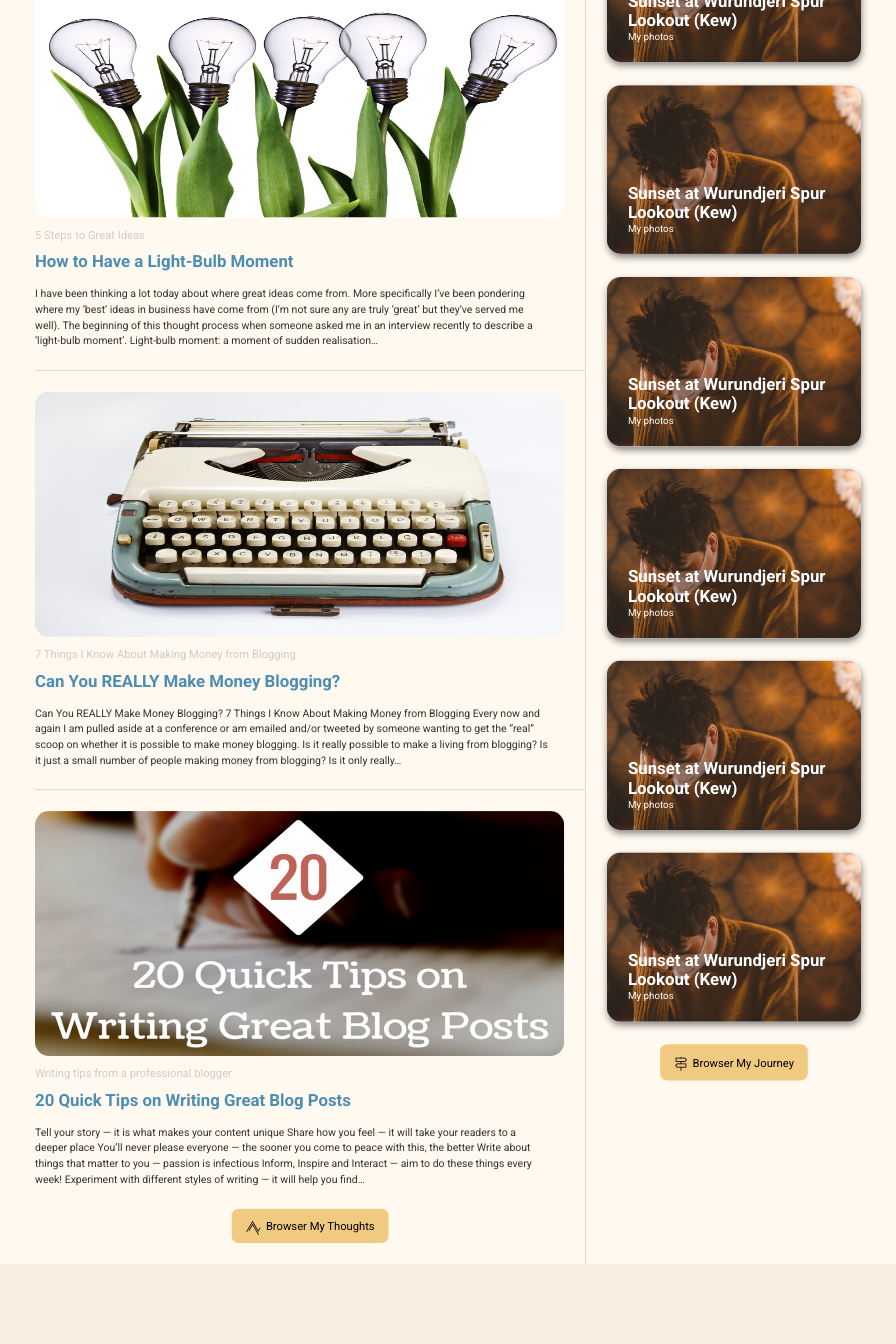
Repository: TranDinhTuann/Blog-Demo
Page: index.html
These files come from the project's save history. The page is drawn as it stood at one moment and after the next save; the edit follows.
The browser window is 1280 px wide. The pictures show the part of the page from y = 974 to 2894 px (the page is 2894 px tall), at 70% of full size.

Above is the page before, as saved 2023-03-22 21:53:41.

### index.html
<!DOCTYPE html>
<html lang="en">
<head>
    <meta charset="UTF-8">
    <meta http-equiv="X-UA-Compatible" content="IE=edge">
    <meta name="viewport" content="width=device-width, initial-scale=1.0">
    <title>Blog của Tuấn</title>
    <link rel="stylesheet" href="./assets/css/base.css">
    <link rel="stylesheet" href="./assets/css/main.css">
    <link rel="stylesheet" href="https://cdnjs.cloudflare.com/ajax/libs/normalize/8.0.1/normalize.min.css">
    <link rel="stylesheet" href="./assets/fonts/fontawesome-free-6.2.1-web/css/all.min.css">
    <link rel="stylesheet" href="./assets/fonts/themify-icons/themify-icons.css">
    <link rel="preconnect" href="https://fonts.googleapis.com"><link rel="preconnect" href="https://fonts.gstatic.com" crossorigin><link href="https://fonts.googleapis.com/css2?family=Roboto:wght@300;400;500;700&display=swap" rel="stylesheet">
</head>
<body>
    <div class="app">
        <div class="header">
            <nav class="navbar">
                <a class="navbar__head">
                    <i class="navbar__head-icon fa-solid fa-graduation-cap"></i>
                    <div class="navbar__name">Tuan Tran</div>
                </a>

                <ul class="navbar__list">
                    <li class="navbar__list-item">
                        <a href="" class="navbar__list-item-link">
                            <i class="navbar__list-item-icon ti-user"></i>
                            <span class="navbar__list-item-text">About</span>
                        </a>
                    </li>
                    <li class="navbar__list-item">
                        <a href="" class="navbar__list-item-link">
                            <i class="navbar__list-item-icon ti-comments-smiley"></i>
                            <span class="navbar__list-item-text">My Thoughts</span>
                        </a>
                    </li>
                    <li class="navbar__list-item">
                        <a href="" class="navbar__list-item-link">
                            <i class="navbar__list-item-icon ti-direction-alt"></i>
                            <span class="navbar__list-item-text">My Journey</span>
                        </a>
                    </li>
                    <li class="navbar__list-item">
                        <a href="" class="navbar__list-item-link">
                            <i class="navbar__list-item-icon ti-camera"></i>
                            <span class="navbar__list-item-text">My Photos</span>
                        </a>
                    </li>
                    <li class="navbar__list-item">
                        <a href="" class="navbar__list-item-link">
                            <i class="navbar__list-item-icon ti-bell"></i>
                            <span class="navbar__list-item-text">Subscribe</span>
                        </a>
                    </li>
                </ul>
            </nav>

            <div class="intro">
                <div class="intro__img">
                    <img src="./assets/img/logo.JPG" alt="" class="intro__img-image">
                </div>
                <div class="intro__text">
                    <div class="intro__head">Hi! I'm Tuan Tran </div>
                    <div class="intro__des">Speaker, Author, Blogger, Podcaster & Founder of ProBlogger & Digital Photography School. Ambassador for WorldVision Aus. Father of 3 boys & husband to Vanessa.</div>
                </div>
            </div>
        </div>

        <div class="grid">
            <div class="grid1">
                <div class="content">
                    <div class="columns">
                        <div class="img-human">
                            <img class="img-ong" src="./assets/img/slider/human1.png" alt="">
                        </div>
                        <div class="column-text">
                            <p class="des">Tips for increasing your luckiness</p>
                            <div class="heading">How to Get Lucky</div>
                            <div class="sub-heading">I was in the right place at the right time back in 2002 when I started blogging and since that time serendipity has played a part in the building of my business. A few years back at the Inbound conference I spoke of my ‘lucky’ beginnings but also share some tips on how to cultivate ‘luck’ in your life by practicing 7 habits that I believe play a part. I’d love to hear your thoughts — what habits…</div>
                        </div>
                    </div>
                    <div class="columns">
                        <div class="img-human">
                            <img class="img-ong" src="./assets/img/slider/human2.jpg" alt="">
                        </div>
                        <div class="column-text">
                            <p class="des">5 Steps to Great Ideas</p>
                            <div class="heading">How to Have a Light-Bulb Moment</div>
                            <div class="sub-heading">I have been thinking a lot today about where great ideas come from. More specifically I’ve been pondering where my ‘best’ ideas in business have come from (I’m not sure any are truly ‘great’ but they’ve served me well). The beginning of this thought process when someone asked me in an interview recently to describe a ‘light-bulb moment’. Light-bulb moment: a moment of sudden realisation…</div>
                        </div>
                    </div>
                    <div class="columns">
                        <div class="img-human">
                            <img class="img-ong" src="./assets/img/slider/human3.jpg" alt="">
                        </div>
                        <div class="column-text">
                            <p class="des">7 Things I Know About Making Money from Blogging</p>
                            <div class="heading">Can You REALLY Make Money Blogging?</div>
                            <div class="sub-heading">Can You REALLY Make Money Blogging? 7 Things I Know About Making Money from Blogging Every now and again I am pulled aside at a conference or am emailed and/or tweeted by someone wanting to get the “real” scoop on whether it is possible to make money blogging. Is it really possible to make a living from blogging? Is it just a small number of people making money from blogging? Is it only really…</div>
                        </div>
                    </div>
                    <div class="columns no--border">
                        <div class="img-human">
                            <img class="img-ong" src="./assets/img/slider/human4.png" alt="">
                        </div>
                        <div class="column-text">
                            <p class="des">Writing tips from a professional blogger</p>
                            <div class="heading">20 Quick Tips on Writing Great Blog Posts</div>
                            <div class="sub-heading">Tell your story — it is what makes your content unique Share how you feel — it will take your readers to a deeper place You’ll never please everyone — the sooner you come to peace with this, the better Write about things that matter to you — passion is infectious Inform, Inspire and Interact — aim to do these things every week! Experiment with different styles of writing — it will help you find…</div>
                        </div>
                    </div>
                    <div class="btn-content">
                        <button class="btn-thought">
                            <i class="navbar__list-item-icon fa-brands fa-think-peaks"></i>
                            <span class="my-thoughts">Browser My Thoughts</span>
                        </button>
                    </div>
                </div>

                <div class="sitebar">
                    <div class="row">
                        <div class="row-head">
                            <i class="row-icon ti-camera"></i>
                            <div class="row-heading">My latest photo</div>
                        </div>
                        <div class="row-img">
                            <img src="./assets/img/slider/nature1.jpg" alt="" class="img-nature">
                            <div class="row-text">
                                <div class="text-heading">Sunset at Wurundjeri Spur Lookout (Kew)</div>
                                <div class="text-des">My photos</div>
                            </div>
                        </div>
                    </div>

                    <div class="row">
                        <div class="btn-content">
                            <button class="btn-thought">
                                <i class="navbar__list-item-icon ti-camera"></i>
                                <span class="my-thoughts">Browser My Photos</span>
                            </button>
                        </div>
                    </div>

                    <div class="row">
                        <div class="row-head">
                            <i class="row-icon ti-camera"></i>
                            <div class="row-heading">My latest photo</div>
                        </div>
                        <div class="row-img">
                            <img src="./assets/img/slider/nature2.jpg" alt="" class="img-nature">
                            <div class="row-text">
                                <div class="text-heading">Sunset at Wurundjeri Spur Lookout (Kew)</div>
                                <div class="text-des">My photos</div>
                            </div>
                        </div>
                        <div class="row-img">
                            <img src="./assets/img/slider/nature2.jpg" alt="" class="img-nature">
                            <div class="row-text">
                                <div class="text-heading">Sunset at Wurundjeri Spur Lookout (Kew)</div>
                                <div class="text-des">My photos</div>
                            </div>
                        </div>
                        <div class="row-img">
                            <img src="./assets/img/slider/nature2.jpg" alt="" class="img-nature">
                            <div class="row-text">
                                <div class="text-heading">Sunset at Wurundjeri Spur Lookout (Kew)</div>
                                <div class="text-des">My photos</div>
                            </div>
                        </div>
                        <div class="row-img">
                            <img src="./assets/img/slider/nature2.jpg" alt="" class="img-nature">
                            <div class="row-text">
                                <div class="text-heading">Sunset at Wurundjeri Spur Lookout (Kew)</div>
                                <div class="text-des">My photos</div>
                            </div>
                        </div>
                        <div class="row-img">
                            <img src="./assets/img/slider/nature2.jpg" alt="" class="img-nature">
                            <div class="row-text">
                                <div class="text-heading">Sunset at Wurundjeri Spur Lookout (Kew)</div>
                                <div class="text-des">My photos</div>
                            </div>
                        </div>
                        <div class="row-img">
                            <img src="./assets/img/slider/nature2.jpg" alt="" class="img-nature">
                            <div class="row-text">
                                <div class="text-heading">Sunset at Wurundjeri Spur Lookout (Kew)</div>
                                <div class="text-des">My photos</div>
                            </div>
                        </div>
                    </div>

                    <div class="row">
                        <div class="btn-content">
                            <button class="btn-thought">
                                <i class="navbar__list-item-icon ti-direction-alt"></i>
                                <span class="my-thoughts">Browser My Journey</span>
                            </button>
                        </div>
                    </div>
                </div>
            </div>
        </div>

        <footer class="footer">

        </footer>
    </div>
</body>
</html>

### assets/css/base.css
:root {
    --white-color: #fff;
    --black-color: #000;
    --text-color: #333;
    --primary-color: #fff9ef;
    --header-primary-color: rgb(255, 253, 249);
}

* {
    box-sizing: inherit;
}

html {
    /* hack */
    font-size: 62.5%;
    line-height: 1.6rem;
    font-family: 'Roboto', sans-serif;
    box-sizing: border-box;
}

@keyframes fadeIn {
    from{
        opacity: 0;
    }
    to{
        opacity: 1;
    }
}

@keyframes growth {
    from{
        transform: calc(0);
    }
    to{
        transform: calc(1);
    }
}

img{
    width: 100%;
    border-radius: 20px;
}
.img-ong{
    height: 350px;
    display: block;
}
.img-human{
    margin-right: 30px;
    height: 350px;
    display: block;
}
a{
    display: block;
    cursor: pointer;
}

Loaded but not shown: assets/fonts/fontawesome-free-6.2.1-web/css/all.min.css (library); assets/fonts/themify-icons/themify-icons.css (common file); assets/css/main.css (210 lines, source omitted)

After the next save:
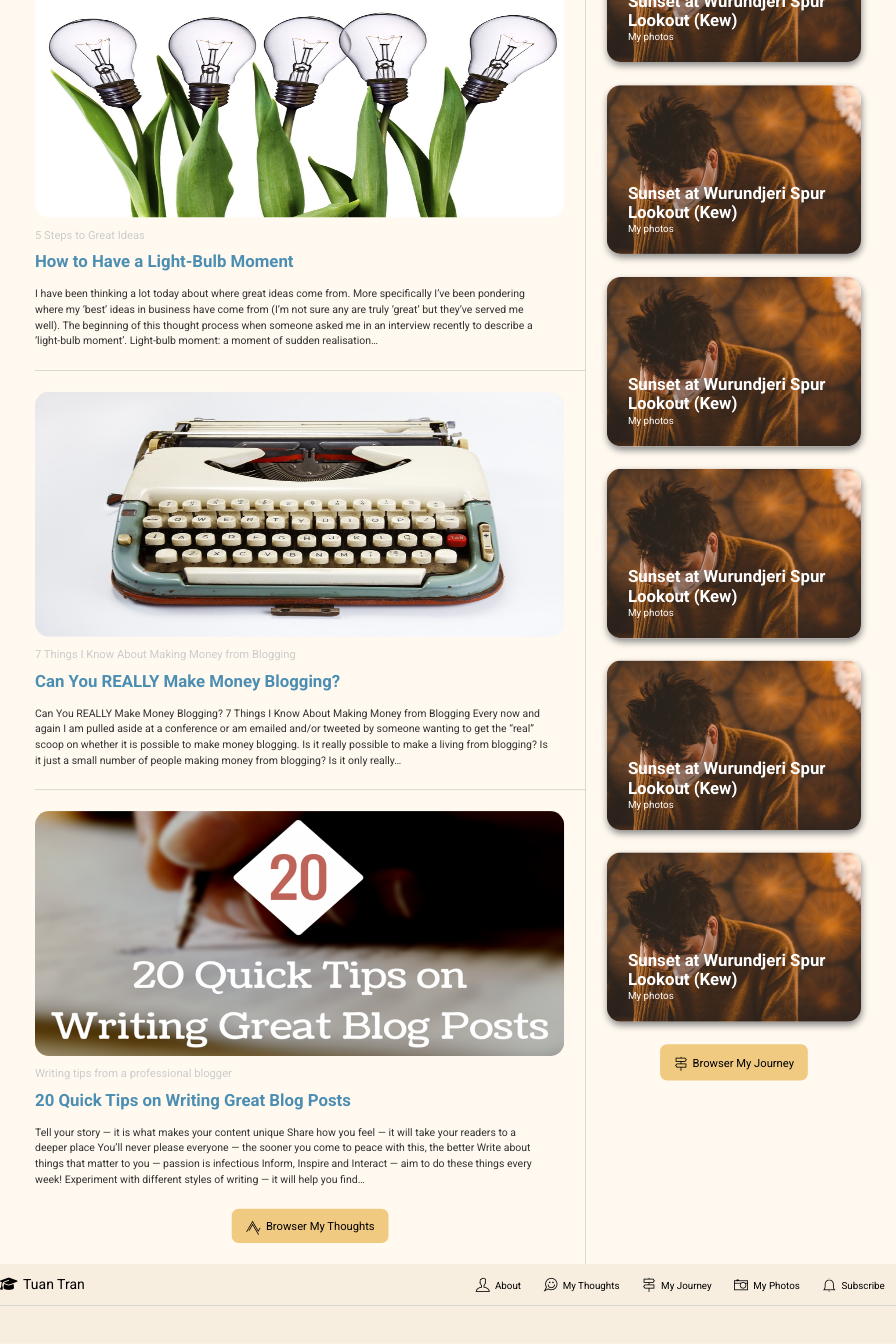
Saved 59 s later.
--- a/index.html
+++ b/index.html
@@ -203,7 +203,45 @@
         </div>
 
         <footer class="footer">
-
+            <nav class="navbar">
+                <a class="navbar__head">
+                    <i class="navbar__head-icon fa-solid fa-graduation-cap"></i>
+                    <div class="navbar__name">Tuan Tran</div>
+                </a>
+
+                <ul class="navbar__list">
+                    <li class="navbar__list-item">
+                        <a href="" class="navbar__list-item-link">
+                            <i class="navbar__list-item-icon ti-user"></i>
+                            <span class="navbar__list-item-text">About</span>
+                        </a>
+                    </li>
+                    <li class="navbar__list-item">
+                        <a href="" class="navbar__list-item-link">
+                            <i class="navbar__list-item-icon ti-comments-smiley"></i>
+                            <span class="navbar__list-item-text">My Thoughts</span>
+                        </a>
+                    </li>
+                    <li class="navbar__list-item">
+                        <a href="" class="navbar__list-item-link">
+                            <i class="navbar__list-item-icon ti-direction-alt"></i>
+                            <span class="navbar__list-item-text">My Journey</span>
+                        </a>
+                    </li>
+                    <li class="navbar__list-item">
+                        <a href="" class="navbar__list-item-link">
+                            <i class="navbar__list-item-icon ti-camera"></i>
+                            <span class="navbar__list-item-text">My Photos</span>
+                        </a>
+                    </li>
+                    <li class="navbar__list-item">
+                        <a href="" class="navbar__list-item-link">
+                            <i class="navbar__list-item-icon ti-bell"></i>
+                            <span class="navbar__list-item-text">Subscribe</span>
+                        </a>
+                    </li>
+                </ul>
+            </nav>
         </footer>
     </div>
 </body>

After the save that followed:
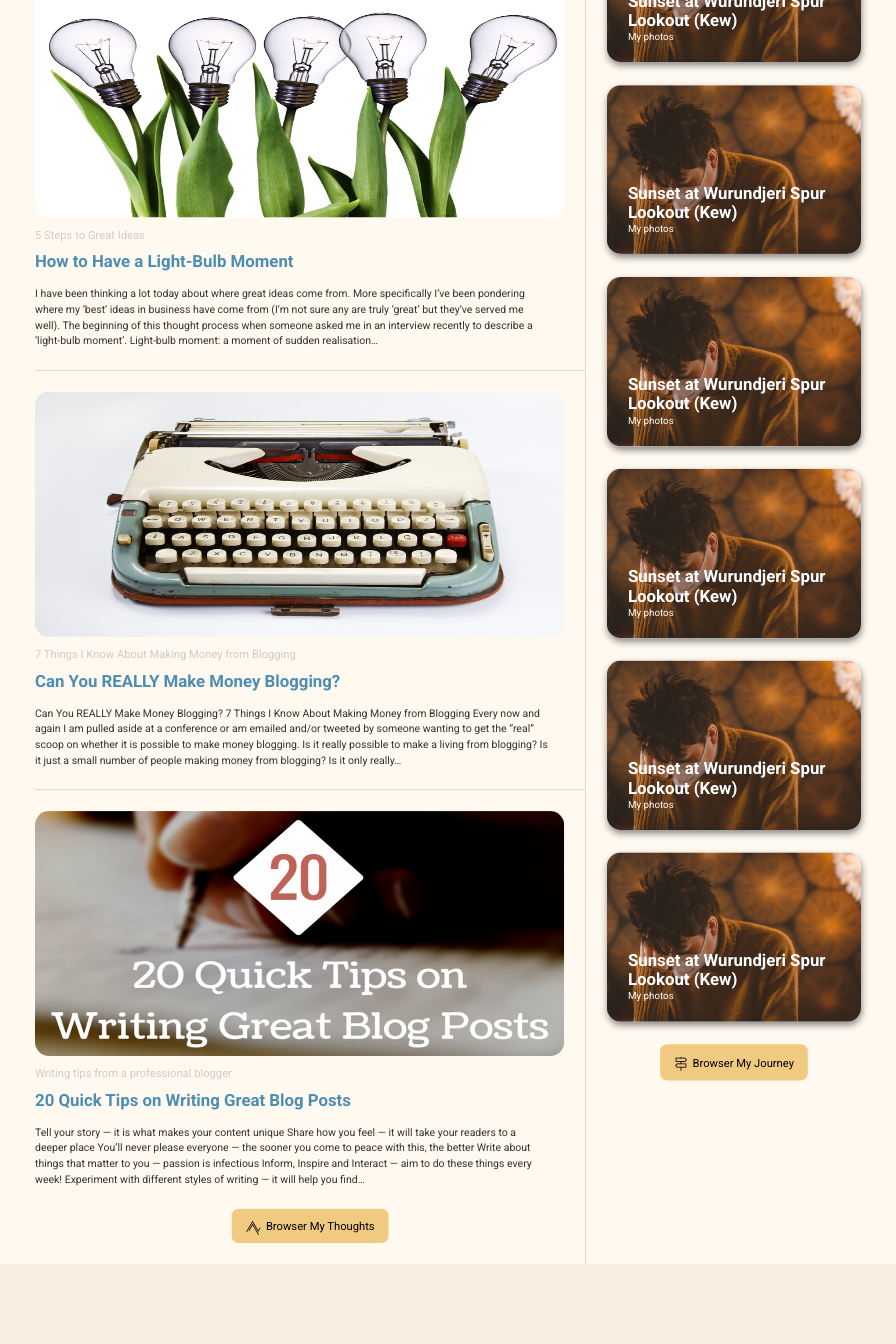
Saved 104 s later.
--- a/index.html
+++ b/index.html
@@ -203,45 +203,9 @@
         </div>
 
         <footer class="footer">
-            <nav class="navbar">
-                <a class="navbar__head">
-                    <i class="navbar__head-icon fa-solid fa-graduation-cap"></i>
-                    <div class="navbar__name">Tuan Tran</div>
-                </a>
-
-                <ul class="navbar__list">
-                    <li class="navbar__list-item">
-                        <a href="" class="navbar__list-item-link">
-                            <i class="navbar__list-item-icon ti-user"></i>
-                            <span class="navbar__list-item-text">About</span>
-                        </a>
-                    </li>
-                    <li class="navbar__list-item">
-                        <a href="" class="navbar__list-item-link">
-                            <i class="navbar__list-item-icon ti-comments-smiley"></i>
-                            <span class="navbar__list-item-text">My Thoughts</span>
-                        </a>
-                    </li>
-                    <li class="navbar__list-item">
-                        <a href="" class="navbar__list-item-link">
-                            <i class="navbar__list-item-icon ti-direction-alt"></i>
-                            <span class="navbar__list-item-text">My Journey</span>
-                        </a>
-                    </li>
-                    <li class="navbar__list-item">
-                        <a href="" class="navbar__list-item-link">
-                            <i class="navbar__list-item-icon ti-camera"></i>
-                            <span class="navbar__list-item-text">My Photos</span>
-                        </a>
-                    </li>
-                    <li class="navbar__list-item">
-                        <a href="" class="navbar__list-item-link">
-                            <i class="navbar__list-item-icon ti-bell"></i>
-                            <span class="navbar__list-item-text">Subscribe</span>
-                        </a>
-                    </li>
-                </ul>
-            </nav>
+            <div class="footer-content">
+
+            </div>
         </footer>
     </div>
 </body>
